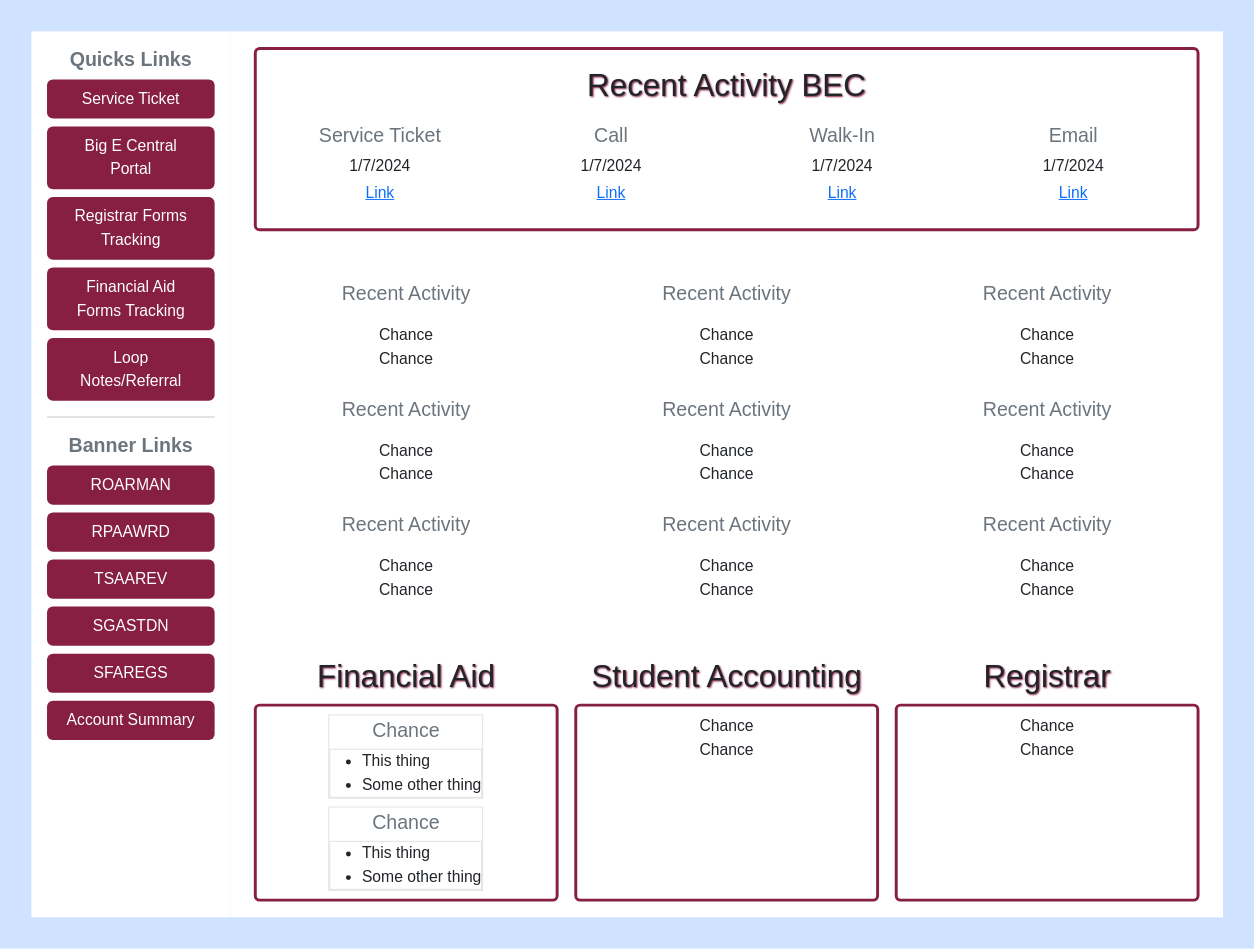
Repository: chancellor-w-whitaker/bec-tab
Page: /
These files come from the project's save history. The page is drawn as it stood at one moment and after the next save; the edit follows.
The browser window is 1280 px wide. The pictures show the whole page, at 98% of full size.
Some web fonts or font styles are not loaded; a fallback is used. The project was rebuilt for these pictures with package versions that can differ from the ones it lists, and the page was loaded fresh each time. Also part of the build but not shown: vite.config.js.

Above is the page before, as saved 2024-01-07 19:50:11.

After the next save:
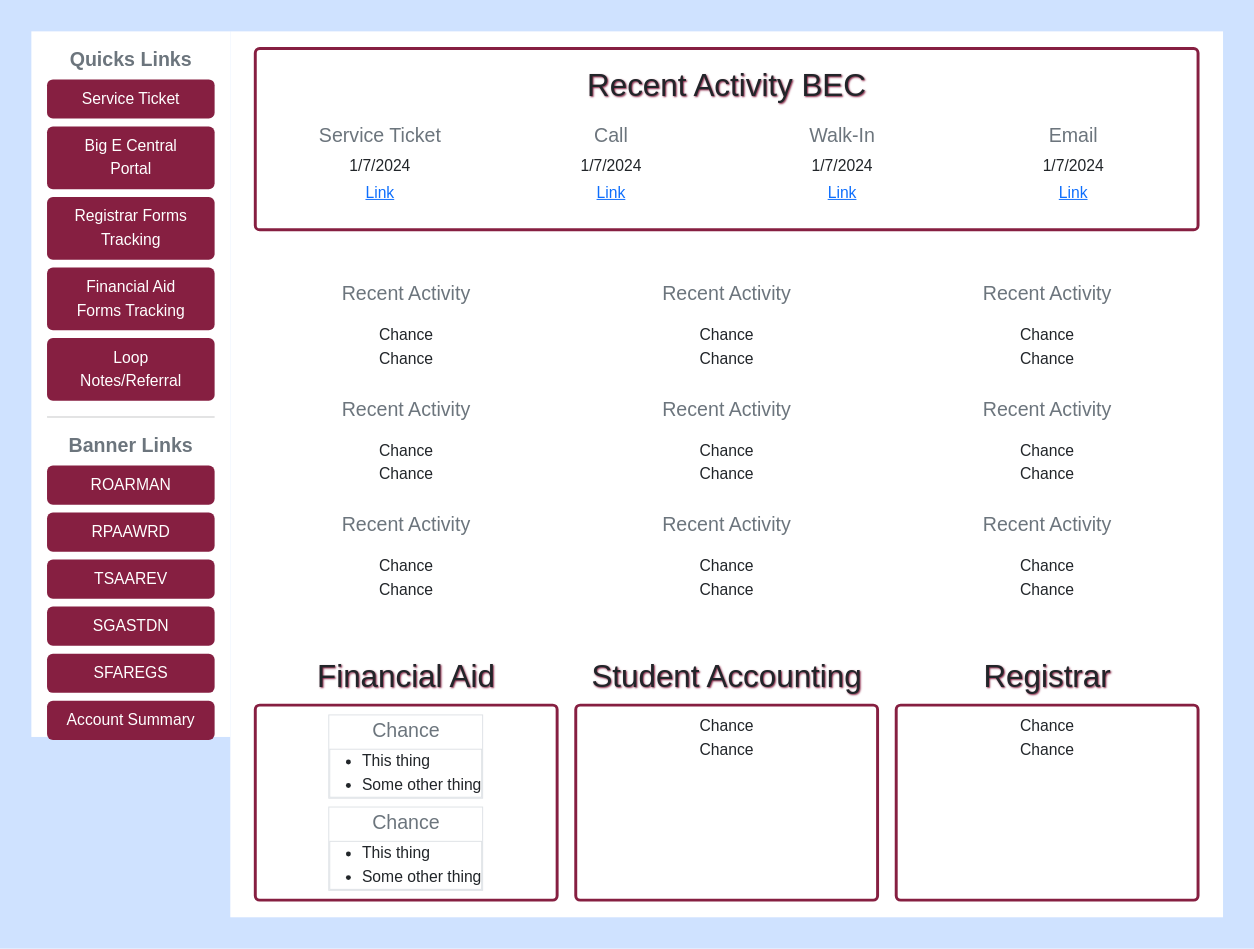
Saved 44 min 17 s later.
--- a/src/App.jsx
+++ b/src/App.jsx
@@ -94,7 +94,10 @@ const NavItem = ({ href = "https://www.eku.edu/", ...rest }) => {
 const Sidebar = () => {
   return (
     <>
-      <div className="sidebar col-md-3 col-lg-2 p-3 bg-white">
+      <div
+        className="sidebar col-md-3 col-lg-2 p-3 bg-white"
+        style={{ height: "100vh" }}
+      >
         <div className="d-flex flex-column text-center">
           <div className="fs-5 mb-2 lh-sm fw-semibold text-secondary">
             Quicks Links
